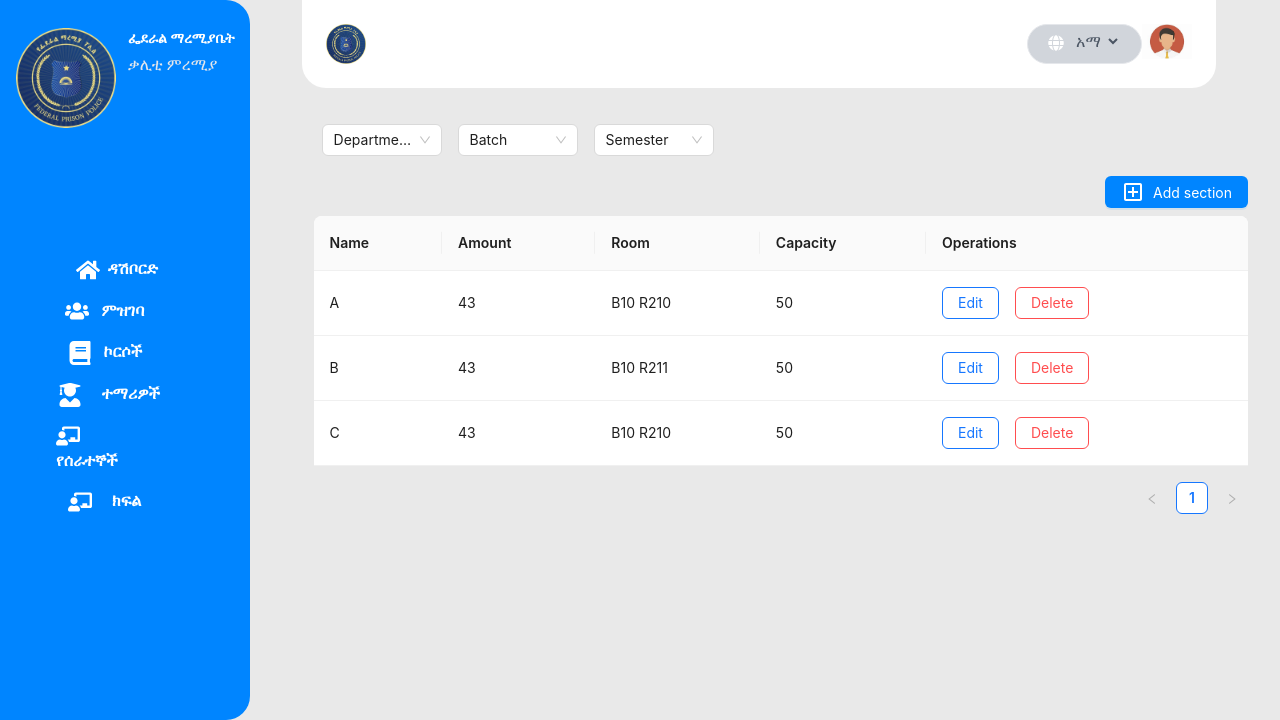
Repository: Yigoya/federal-prison-education-ms-frontend
Page: /classroom
The author's editor kept a copy of each file at every save. The page is drawn from the files as they stood at one save, then again after the next save.
The browser window is 1280 px wide. The pictures show the whole page.
The project was rebuilt for these pictures with package versions that can differ from the ones it lists, and the page was loaded fresh each time. Also part of the build but not shown: vite.config.js, src/App.css, src/pages/DashBoard.jsx, src/pages/Courses.jsx, src/layout/AuthLayout.jsx, src/pages/Login.jsx, src/pages/Teachers.jsx, src/pages/StudentRegistration.jsx and 7 more. Imported but missing from the stored project, and not drawn on this page: src/pages/Students.

Above is the page before, as saved 2024-07-05 09:33:29.

After the next save:
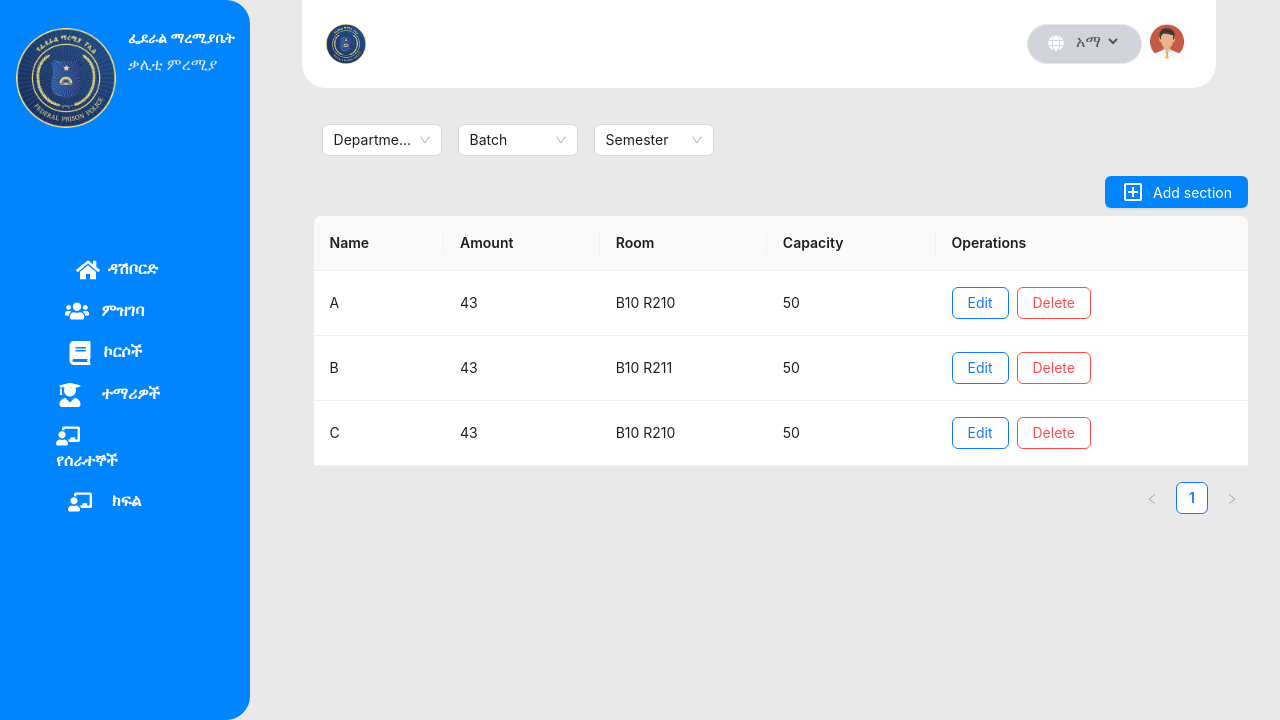
Saved 21 s later.
--- a/src/components/classroom/SectionsTable.jsx
+++ b/src/components/classroom/SectionsTable.jsx
@@ -38,7 +38,7 @@
       title: "Operations",
       key: "action",
       render: () => (
-        <Space size="middle">
+        <Space size="small">
           <Button type="primary" ghost>
             Edit
           </Button>

After the save that followed:
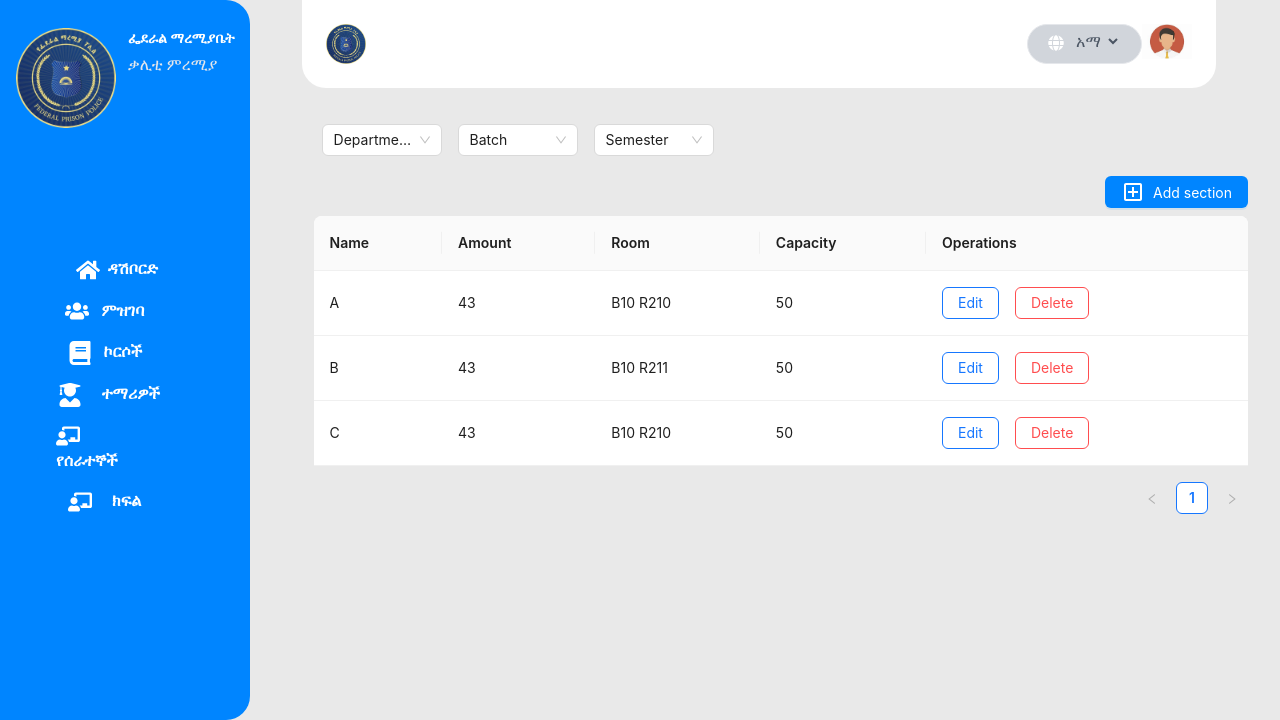
Saved 5 s later.
--- a/src/components/classroom/SectionsTable.jsx
+++ b/src/components/classroom/SectionsTable.jsx
@@ -38,7 +38,7 @@
       title: "Operations",
       key: "action",
       render: () => (
-        <Space size="small">
+        <Space size="middle">
           <Button type="primary" ghost>
             Edit
           </Button>
